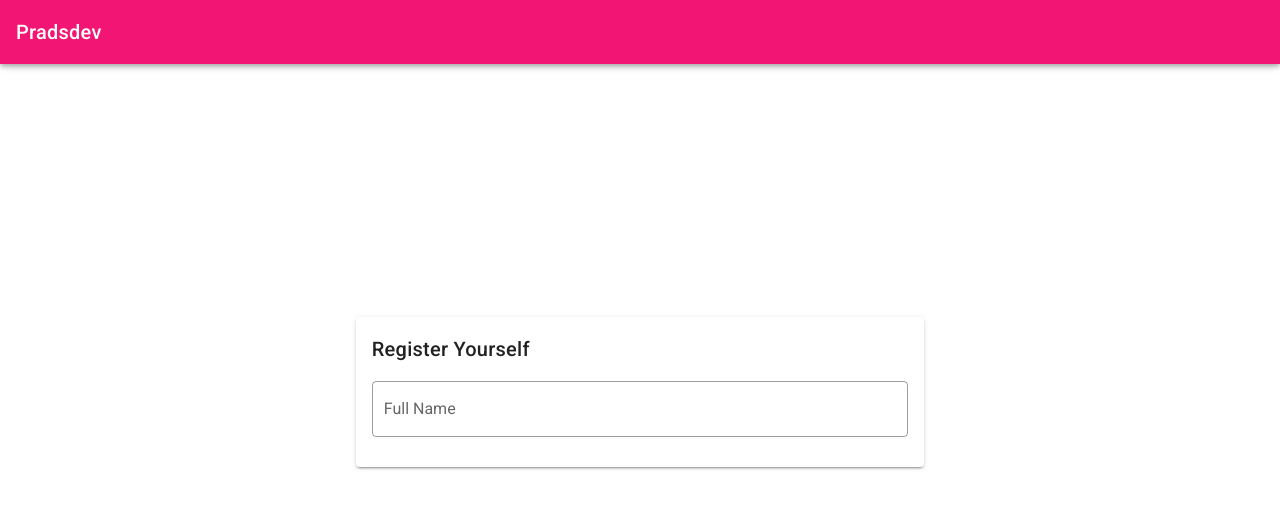
Repository: pradsdev/vue-form-validate
Page: /
The author's editor kept a copy of each file at every save. The page is drawn from the files as they stood at one save, then again after the next save.
The browser window is 1280 px wide. The pictures show the whole page.
The project was rebuilt for these pictures with package versions that can differ from the ones it lists, and the page was loaded fresh each time. Also part of the build but not shown: vue.config.js.

Above is the page before, as saved 2020-12-21 23:02:26.

### src/App.vue
<template>
  <v-app>
    <v-app-bar
      app
      color="primary"
      dark
    >
      <div class="d-flex align-center">
        <div class="title">
          Pradsdev
        </div>
      </div>
    </v-app-bar>

    <v-main>
      <HelloWorld/>
    </v-main>
  </v-app>
</template>

<script>
import HelloWorld from './components/HelloWorld'

export default {
  name: 'App',

  components: {
    HelloWorld
  },

  data: () => ({
    //
  })
}
</script>

### src/plugins/vuetify.js
import Vue from 'vue'
import Vuetify from 'vuetify/lib/framework'

Vue.use(Vuetify)

export default new Vuetify({
  theme: {
    options: {
      customProperties: true
    },
    themes: {
      light: {
        primary: '#f31573',
        secondary: '#424242',
        accent: '#82B1FF',
        error: '#FF5252',
        info: '#2196F3',
        success: '#4CAF50',
        warning: '#FFC107'
      }
    }
  }
})

### src/components/HelloWorld.vue
<template>
  <v-container fill-height>
    <v-row class="text-center justify-center">
      <v-col cols="6">
        <v-card>
          <v-card-title>
            Register Yourself
          </v-card-title>
          <v-form class="mx-4">
              <v-text-field outlined label="Full Name"/>
          </v-form>
        </v-card>
      </v-col>
    </v-row>
  </v-container>
</template>

<script>
export default {
  name: 'HelloWorld',

  data: () => ({
  })
}
</script>

Loaded but not shown: public/index.html (common file); src/main.js (common file)

After the next save:
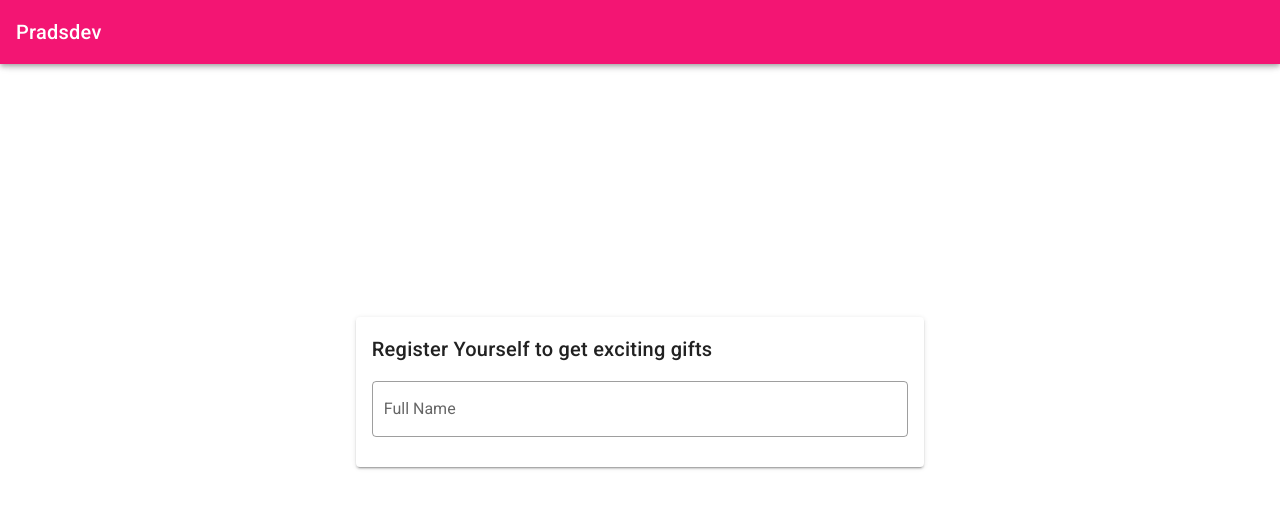
Saved 11 s later.
--- a/src/components/HelloWorld.vue
+++ b/src/components/HelloWorld.vue
@@ -4,7 +4,7 @@
       <v-col cols="6">
         <v-card>
           <v-card-title>
-            Register Yourself
+            Register Yourself to get exciting gifts
           </v-card-title>
           <v-form class="mx-4">
               <v-text-field outlined label="Full Name"/>
